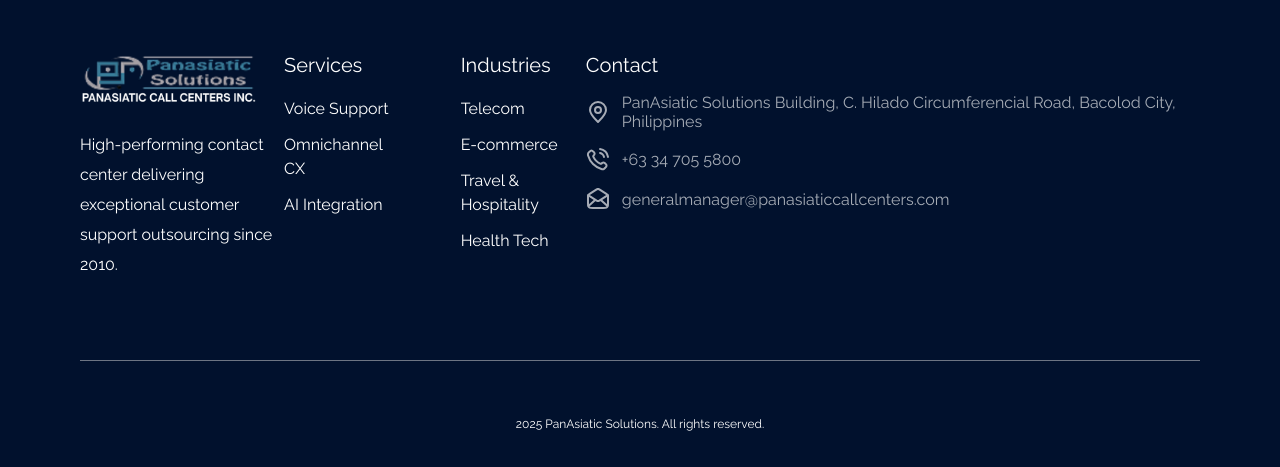
Repository: joshcolored/panasiaticweb
Page: /home
The author's editor kept a copy of each file at every save. The page is drawn from the files as they stood at one save, then again after the next save.
The browser window is 1280 px wide. The pictures show the part of the page from y = 3259 to 3726 px (the page is 3726 px tall).
The project was rebuilt for these pictures with package versions that can differ from the ones it lists, and the page was loaded fresh each time. Also part of the build but not shown: vite.config.js, src/pages/PortalAccess/index.jsx, src/pages/Services/HeroSection.jsx, src/pages/Services/CoreServicesSection.jsx, src/pages/Services/ComplianceSection.jsx, src/pages/Services/FeaturesSection.jsx, src/pages/Services/Faq.jsx, src/pages/Services/CTA.jsx and 30 more.

Above is the page before, as saved 2026-01-21 19:45:08.

### index.html
<!doctype html>
<html lang="en">

<head>
  <meta charset="UTF-8" />
  <link rel="icon" type="image/x-icon" href="/favicon.ico" />
  <link rel="manifest" href="/manifest.json" />
  <meta name="viewport" content="width=device-width, initial-scale=1.0" />
  <meta name="theme-color" content="#49ade8" />
  <meta name="robots" content="index, follow" />
  <!-- <script type="module" async src="https://static.rocket.new/rocket-web.js?_cfg=https%3A%2F%2Fpanasiatic9675back.builtwithrocket.new&_be=https%3A%2F%2Fapplication.rocket.new&_v=0.1.10"></script>
  <script type="module" defer src="https://static.rocket.new/rocket-shot.js?v=0.0.1"></script> -->
  <script>(function(w,d,s,l,i){w[l]=w[l]||[];w[l].push({'gtm.start':
new Date().getTime(),event:'gtm.js'});var f=d.getElementsByTagName(s)[0],
j=d.createElement(s),dl=l!='dataLayer'?'&l='+l:'';j.async=true;j.src=
'https://www.googletagmanager.com/gtm.js?id='+i+dl;f.parentNode.insertBefore(j,f);
})(window,document,'script','dataLayer','GTM-T6T8J9KC');</script>

  </head>

<body>
  <div id="root"></div>
  <noscript><iframe src="https://www.googletagmanager.com/ns.html?id=GTM-T6T8J9KC"
height="0" width="0" style="display:none;visibility:hidden"></iframe></noscript>
  <script type="module" src="/src/main.jsx"></script>
</body>

</html>

### src/main.jsx
import React from 'react';
import ReactDOM from 'react-dom/client';
import App from './App.jsx';
import { HelmetProvider } from 'react-helmet-async';
import { BrowserRouter } from 'react-router-dom';
import './styles/index.css';

ReactDOM.createRoot(document.getElementById('root')).render(
  <React.StrictMode>
    <HelmetProvider>
      <BrowserRouter>
        <App />
      </BrowserRouter>
    </HelmetProvider>
  </React.StrictMode>
);

### src/App.jsx
import Routes from './Routes';

function App() {
  return (
        <Routes />
  );
}

export default App;

### src/styles/index.css
@import './tailwind.css';
@import url('https://fonts.googleapis.com/css2?family=Raleway:wght@400;500;600;800&display=swap');

body {
  font-family: 'Raleway', sans-serif;
  margin: 0;
  padding: 0;
  box-sizing: border-box;
}

*, *::before, *::after {
  box-sizing: inherit;
}

### src/Routes.jsx
import React from 'react';
import { Routes, Route } from 'react-router-dom';

import Homepage from './pages/Homepage';
import PortalAccess from './pages/PortalAccess';
import Services from './pages/Services';
import WhyUs from './pages/WhyUs';
import Industries from './pages/Industries';
import About from './pages/About';
import Partnerships from './pages/Partnerships';
import Blog from './pages/Blog';
import Contact from './pages/Contact';

const AppRoutes = () => {
  return (
    <Routes>
      <Route path="/" element={<PortalAccess />} />
      <Route path="/home" element={<Homepage />} />
      <Route path="/portal" element={<PortalAccess />} />
      <Route path="/services" element={<Services />} />
      <Route path="/why-us" element={<WhyUs />} />
      <Route path="/industries" element={<Industries />} />
      <Route path="/partnerships" element={<Partnerships />} />
      <Route path="/about" element={<About />} />
      <Route path="/blog" element={<Blog />} />
      <Route path="/contact" element={<Contact />} />
    </Routes>
  );
};

export default AppRoutes;

### src/styles/tailwind.css
@tailwind base;
@tailwind components;
@tailwind utilities;


@layer base {
  :root {
    /* Primary Colors */
    --primary-background: #49ade8;
    --primary-foreground: #ffffff;
    --primary-light: #49ade814;
    --primary-dark: #01112d;

    /* Secondary Colors */
    --secondary-background: #ffffff;
    --secondary-foreground: #000000;
    --secondary-light: #fafafa;
    --secondary-muted: #3c3c43d8;

    /* Accent Colors */
    --accent-coral: #e38c7d;
    --accent-coral-light: #edb4ab;
    --accent-overlay: #eeeeeebf;
    --accent-gray: #4f4f4f;

    /* Border Colors */
    --border-primary: #49ade8;
    --border-secondary: #dddddd;
    --border-light: #ebebeb;
    --border-muted: #d9d9d97f;

    /* Text Colors */
    --text-primary: #000000;
    --text-secondary: #3c3c43d8;
    --text-accent: #49ade8;
    --text-muted: #4f4f4f;
    --text-white: #ffffff;
    --text-white-muted: #ffffffa5;

    /* Background Colors */
    --bg-main: #fafafa;
    --bg-card: #ffffff;
    --bg-dark: #01112d;
    --bg-overlay: #e5e5e559;

    /* Typography Variables */
    --font-size-xs: 12px;
    --font-size-sm: 16px;
    --font-size-md: 18px;
    --font-size-lg: 20px;
    --font-size-xl: 24px;
    --font-size-2xl: 28px;
    --font-size-3xl: 32px;
    --font-size-4xl: 36px;
    --font-size-5xl: 48px;
    --font-size-hero: 120px;

    /* Font Weight Variables */
    --font-weight-normal: 400;
    --font-weight-medium: 500;
    --font-weight-semibold: 600;
    --font-weight-bold: 800;

    /* Line Height Variables */
    --line-height-xs: 14px;
    --line-height-sm: 19px;
    --line-height-md: 22px;
    --line-height-lg: 29px;
    --line-height-xl: 43px;
    --line-height-hero: 141px;

    /* Spacing Variables */
    --spacing-xs: 4px;
    --spacing-sm: 8px;
    --spacing-md: 12px;
    --spacing-lg: 16px;
    --spacing-xl: 24px;
    --spacing-2xl: 32px;
    --spacing-3xl: 48px;
    --spacing-4xl: 64px;
    --spacing-5xl: 80px;

    /* Border Radius Variables */
    --radius-sm: 8px;
    --radius-md: 12px;
    --radius-lg: 22px;
    --radius-xl: 24px;
    --radius-full: 200px;

    /* Component Specific Variables */
    --header-bg: #ffffff;
    --header-border: #ebebeb;
    --footer-bg: #01112d;
    --button-primary-bg: #49ade8;
    --button-coral-bg: #e38c7d;
    --logo-width: 156px;
  }
}

### src/pages/Homepage/index.jsx
import React from 'react';
import { Helmet } from 'react-helmet-async';
import Header from '../../components/common/Header';
import Footer from '../../components/common/Footer';
import HeroSection from './HeroSection';
import FastFactsSection from './FastFactsSection';
import CoreServicesSection from './CoreServicesSection';
import WhyChooseUsSection from './WhyChooseUsSection';
import FAQSection from './FAQSection';
import CTASection from './CTASection';

const Homepage = () => {
  return (
    <>
      <Helmet>
        <title>PanAsiatic Solutions | Human-Driven AI-Ready Customer Support Outsourcing Philippines</title>
        <meta name="description" content="PanAsiatic Solutions delivers exceptional customer support outsourcing from the Philippines with 4500+ agents. Human-driven, AI-ready services including voice support, omnichannel CX, and enterprise-grade security since 2010." />
        <meta property="og:title" content="PanAsiatic Solutions | Human-Driven AI-Ready Customer Support Outsourcing Philippines" />
        <meta property="og:description" content="PanAsiatic Solutions delivers exceptional customer support outsourcing from the Philippines with 4500+ agents. Human-driven, AI-ready services including voice support, omnichannel CX, and enterprise-grade security since 2010." />
      </Helmet>

      <main className="w-full bg-secondary-background">
        <Header />
        <HeroSection />
        <FastFactsSection />
        <CoreServicesSection />
        <WhyChooseUsSection />
        <FAQSection />
        <CTASection />
        <Footer />
      </main>
    </>
  );
};

export default Homepage;

### src/components/common/Footer.jsx
import React from "react";
import { twMerge } from "tailwind-merge";
import Logo from "../ui/Logo";
import Link from "../ui/Link";

const Footer = ({ className, ...props }) => {
  return (
    <footer
      className={twMerge("w-full bg-footer-background py-9", className)}
      {...props}
    >
      <div className="w-full max-w-[1440px] mx-auto px-4 sm:px-6 lg:px-20 mt-[18px]">
        <div className="flex flex-col w-full gap-8">
          {/* Top Section */}
          <div className="flex flex-col lg:flex-row justify-between items-start w-full gap-8 lg:gap-0">
            {/* Logo and Description */}
            <div className="flex flex-col gap- lg:gap-[26px] w-full lg:w-1/5">
              <Link to="/">
                <Logo
                  src="/images/image_logo2.png"
                  width="120"
                  height="50"
                  className="w-36 sm:w-40 lg:w-44 h-auto" // slightly larger on mobile/tablet
                />
              </Link>
              <p
                className="text-base font-normal leading-[30px] text-text-white w-full"
                style={{ fontFamily: "Raleway" }}
              >
                High-performing contact center delivering exceptional customer
                support outsourcing since 2010.
              </p>
            </div>

            {/* Services and Industries */}
            <div className="flex flex-col sm:flex-row justify-between items-start w-full lg:w-auto gap-8 sm:gap-12 lg:gap-[67px] mt-4 sm:mt-0">
              {/* Services */}
              <div className="flex flex-col gap-3 sm:gap-5 w-full sm:w-auto">
                <h3
                  className="text-lg font-normal leading-[23px] text-text-white"
                  style={{ fontFamily: "Raleway" }}
                >
                  Services
                </h3>
                <ul className="flex flex-col gap-2 sm:gap-3">
                  <li>
                    <Link
                      href="#"
                      className="text-base font-normal leading-sm text-text-white hover:text-primary-background"
                      style={{ fontFamily: "Raleway" }}
                    >
                      Voice Support
                    </Link>
                  </li>
                  <li>
                    <Link
                      href="#"
                      className="text-base font-normal leading-sm text-text-white hover:text-primary-background"
                      style={{ fontFamily: "Raleway" }}
                    >
                      Omnichannel CX
                    </Link>
                  </li>
                  <li>
                    <Link
                      href="#"
                      className="text-base font-normal leading-sm text-text-white hover:text-primary-background"
                      style={{ fontFamily: "Raleway" }}
                    >
                      AI Integration
                    </Link>
                  </li>
                </ul>
              </div>

              {/* Industries */}
              <div className="flex flex-col gap-3 sm:gap-5 w-full sm:w-auto mt-4 sm:mt-0">
                <h3
                  className="text-lg font-normal leading-[23px] text-text-white"
                  style={{ fontFamily: "Raleway" }}
                >
                  Industries
                </h3>
                <ul className="flex flex-col gap-2 sm:gap-3">
                  <li>
                    <Link
                      href="#"
                      className="text-base font-normal leading-sm text-text-white hover:text-primary-background"
                      style={{ fontFamily: "Raleway" }}
                    >
                      Telecom
                    </Link>
                  </li>
                  <li>
                    <Link
                      href="#"
                      className="text-base font-normal leading-sm text-text-white hover:text-primary-background"
                      style={{ fontFamily: "Raleway" }}
                    >
                      E-commerce
                    </Link>
                  </li>
                  <li>
                    <Link
                      href="#"
                      className="text-base font-normal leading-sm text-text-white hover:text-primary-background"
                      style={{ fontFamily: "Raleway" }}
                    >
                      Travel & Hospitality
                    </Link>
                  </li>
                  <li>
                    <Link
                      href="#"
                      className="text-base font-normal leading-sm text-text-white hover:text-primary-background"
                      style={{ fontFamily: "Raleway" }}
                    >
                      Health Tech
                    </Link>
                  </li>
                </ul>
              </div>
            </div>

            {/* Contact Section */}
            <div className="flex flex-col gap-4 w-full lg:w-auto mt-4 lg:mt-0">
              <h3
                className="text-lg font-normal leading-[23px] text-text-white"
                style={{ fontFamily: "Raleway" }}
              >
                Contact
              </h3>

              <div className="flex flex-col sm:flex-row gap-2 sm:gap-3 items-start sm:items-center">
                <img
                  src="/images/img_marker_pin_01.svg"
                  alt="Location"
                  className="w-6 h-6 flex-shrink-0"
                />
                <a  href="https://www.google.com/maps/place/MX68%2BJJR+Panasiatic+Call+Centers,+74+Circumferential+Rd,+Bacolod,+6100+Negros+Occidental/@10.6614793,122.964176,753m/data=!3m2!1e3!4b1!4m6!3m5!1s0x33aed1957cc8f987:0xa788a04ac8c8ece4!8m2!3d10.6614793!4d122.9667509!16s%2Fg%2F1vbnly72?entry=ttu&g_ep=EgoyMDI2MDExOS4wIKXMDSoASAFQAw%3D%3D"
                  className="text-base font-normal leading-sm text-text-white-muted"
                  target="_blank"
                  rel="noopener noreferrer"
                  style={{ fontFamily: "Raleway" }}
                >
                  PanAsiatic Solutions Building, C. Hilado Circumferencial Road,
                  Bacolod City, Philippines
                </a>
              </div>

              <div className="flex flex-col sm:flex-row gap-2 sm:gap-3 items-start sm:items-center">
                <img
                  src="/images/img_phone_call_01.svg"
                  alt="Phone"
                  className="w-6 h-6 flex-shrink-0"
                />
                <a href="tel:+63347055800"
                  className="text-base font-normal leading-sm text-text-white-muted"
                  style={{ fontFamily: "Raleway" }}
                >
                  +63 34 705 5800
                </a>
              </div>

              <div className="flex flex-col sm:flex-row gap-2 sm:gap-3 items-start sm:items-center">
                <img
                  src="/images/img_mail_05.svg"
                  alt="Email"
                  className="w-6 h-6 flex-shrink-0"
                />
                <a href="mailto:yourname@gmail.com?subject=Inquiry&body=Hello"
                  className="text-base font-normal leading-sm text-text-white-muted"
                  style={{ fontFamily: "Raleway" }}
                >
                  generalmanager@panasiaticcallcenters.com
                </a>
              </div>
            </div>
          </div>

          {/* Divider */}
          <div className="w-full h-[1px] bg-border-muted mt-8 sm:mt-12"></div>

          {/* Copyright */}
          <p
            className="text-xs font-normal leading-xs text-center text-text-white mt-4 sm:mt-6"
            style={{ fontFamily: "Raleway" }}
          >
            2025 PanAsiatic Solutions. All rights reserved.
          </p>
        </div>
      </div>
    </footer>
  );
};

export default Footer;

### src/pages/Homepage/FastFactsSection.jsx
import React from "react";

const FastFactsSection = () => {
  const facts = [
    {
      icon: "/images/img_group_9.svg",
      title: "Client Obsessed, \n4500 agents",
      width: "136px",
      height: "120px",
    },
    {
      icon: "/images/img_group_7.svg",
      title: "2 State-of-the-Art Facilities",
      width: "150px",
      height: "120px",
    },
    {
      icon: "/images/img_group_5.svg",
      title: "Partner to a Fortune 500 company since 2010",
      width: "156px",
      height: "120px",
    },
    {
      icon: "/images/img_group_10.svg",
      title: "ISO 27001, PCI-DSS 4.0, SOC 2 certified",
      width: "148px",
      height: "120px",
    },
  ];

  return (
    <section className="w-full bg-secondary-background py-10 sm:py-12 lg:py-16">
      <div className="w-full max-w-[1440px] mx-auto px-4 sm:px-6 lg:px-20">
        <div className="flex flex-col justify-start items-center w-full">
          <div className="flex flex-col gap-8 sm:gap-10 lg:gap-11 justify-start items-center w-full">
            <h2
              className="text-2xl sm:text-3xl lg:text-4xl font-semibold leading-xl text-center text-text-primary mt-2 sm:mt-4"
              style={{ fontFamily: "Raleway" }}
            >
              Fast Facts
            </h2>

            <div className="grid grid-cols-1 sm:grid-cols-2 lg:grid-cols-4 gap-8 sm:gap-12 lg:gap-[134px] w-full">
              {facts?.map((fact, index) => (
                <div
                  key={index}
                  className="flex flex-col gap-4 sm:gap-5 lg:gap-6 justify-start items-center"
                >
                  <div className="flex justify-center items-center">
                    <img
                      src={fact?.icon}
                      alt={`Fact ${index + 1}`}
                      className={`w-[${fact?.width}] h-[${fact?.height}] object-contain`}
                    />
                  </div>
                  <p
                    className="text-lg sm:text-xl lg:text-xl font-normal leading-[30px] text-center text-text-primary whitespace-pre-line"
                    style={{ fontFamily: "Raleway" }}
                  >
                    {fact?.title}
                  </p>
                </div>
              ))}
            </div>
          </div>
        </div>
      </div>
      <div>
        <hr className="mt-20 mx-8 sm:mx-20 lg:mx-40 border-t border-gray-300" />
      </div>
    </section>
  );
};

export default FastFactsSection;

### src/pages/Homepage/WhyChooseUsSection.jsx
import React from 'react';

const WhyChooseUsSection = () => {
  const reasons = [
    {
      number: "01",
      title: "Exceptional customer experience"
    },
    {
      number: "02",
      title: "Enterprise-grade data security"
    },
    {
      number: "03",
      title: "Artificial intelligence readiness"
    }
  ];

  return (
    <section className="w-full bg-primary-light py-12 sm:py-16 lg:py-[66px]">
      <div className="w-full max-w-[1440px] mx-auto px-4 sm:px-6 lg:px-20">
        <div className="flex flex-col gap-8 sm:gap-10 lg:gap-[50px] justify-center items-center w-full">
          <h2
            className="text-2xl sm:text-3xl lg:text-4xl font-semibold leading-xl text-center text-text-primary mt-2 sm:mt-3"
            style={{ fontFamily: 'Raleway' }}
          >
            Why Clients Choose Us
          </h2>

          <div className="grid grid-cols-1 md:grid-cols-2 lg:grid-cols-3 gap-8 sm:gap-12 lg:gap-[130px] w-full">
            {reasons?.map((reason, index) => (
              <div key={index} className="flex flex-col sm:flex-row justify-start sm:justify-between items-start sm:items-center gap-4 sm:gap-0 w-full max-w-[340px] mx-auto sm:mx-0">
                <span
                  className="text-6xl sm:text-7xl lg:text-hero font-normal leading-hero text-left text-text-primary"
                  style={{ fontFamily: 'Raleway' }}
                >
                  {reason?.number}
                </span>
                <p
                  className="text-xl sm:text-2xl lg:text-3xl font-normal leading-9 text-left text-text-primary w-full sm:w-1/2"
                  style={{ fontFamily: 'Raleway' }}
                >
                  {reason?.title}
                </p>
              </div>
            ))}
          </div>
        </div>
      </div>
    </section>
  );
};

export default WhyChooseUsSection;

### src/pages/Homepage/FAQSection.jsx
import React, { useState } from "react";
import Button from "../../components/ui/Button";

const faqs = [
  {
    question: "Where is PanAsiatic based?",
    answer: "PanAsiatic operates from Bacolod, Philippines, with two state-of-the-art facilities."
  },
  {
   question: "What makes PanAsiatic different form other BPOs?",
   answer: "We combine human empathy with AI-readiness, enterprise-grade security, and 15+ years of proven results for global brands.",
  },
  {
    question: "Who are your clients?",
    answer: "We’ve been a trusted partner to a Fortune 500 company since 2010, serving all 10 of their brands.",
  }
];

const FAQ = () => {
  const [openIndex, setOpenIndex] = useState(0); // First one open by default

  const toggleFAQ = (index) => {
    setOpenIndex(openIndex === index ? null : index);
  };

  return (
    <section className="w-full bg-[#E5E5E559] py-12 sm:py-14 lg:py-16">
      <div className="w-full max-w-[1440px] mx-auto px-4 sm:px-6 lg:px-20">
        <div className="flex flex-col gap-8 sm:gap-10 justify-start items-start w-full">
          <h2
            className="text-2xl sm:text-3xl lg:text-4xl font-semibold leading-xl text-left text-text-primary mt-3 sm:mt-4"
            style={{ fontFamily: "Raleway" }}
          >
            Secure & Compliant Outsourcing
          </h2>

          {/* FAQ List */}
          <div className="space-y-4 w-full">
            {faqs.map((faq, index) => (
              <div
                key={index}
                className="bg-[#ffffff] border border-gray-200 rounded-lg shadow-sm"
              >
                <button
                  className="w-full text-left p-4 flex justify-between items-center focus:outline-none"
                  onClick={() => toggleFAQ(index)}
                  aria-expanded={openIndex === index}
                >
                  <span className="font-bold text-lg">{faq.question}</span>
                  <span className="ml-2 text-black text-2xl">
                    {openIndex === index ? "−" : "+"}
                  </span>
                </button>
                {openIndex === index && (
                  <div className="p-4 border-t text-md border-gray-200 text-gray-900">
                    {faq.answer}
                  </div>
                )}
              </div>
            ))}
          </div>

        </div>
      </div>
    </section>
  );
};

export default FAQ;

### src/components/ui/Logo.jsx
import React from 'react';
import { twMerge } from 'tailwind-merge';

const Logo = ({
  src = "/images/img_header_logo.png",
  width = "90%",
  height = "50px",
  alt = "PanAsiatic Solutions Logo",
  className,
  ...props
}) => {
  return (
    <img
      src={src}
      alt={alt}
      className={twMerge(
        `w-[${width}] h-[${height}]`,
        className
      )}
      {...props}
    />
  );
};

export default Logo;

### src/components/ui/Link.jsx
import React from 'react';
import { twMerge } from 'tailwind-merge';

const Link = ({
  href = "#",
  children,
  className,
  target,
  rel,
  ...props
}) => {
  return (
    <a
      href={href}
      target={target}
      rel={rel}
      className={twMerge(
        "transition-colors duration-200 hover:opacity-80",
        className
      )}
      {...props}
    >
      {children}
    </a>
  );
};

export default Link;

Loaded but not shown: tailwind.config.js (136 lines, source omitted); src/pages/Homepage/CoreServicesSection.jsx (269 lines, source omitted); src/components/common/Header.jsx (207 lines, source omitted); src/components/ui/Button.jsx (213 lines, source omitted); src/pages/Homepage/HeroSection.jsx (132 lines, source omitted); src/pages/Homepage/CTASection.jsx (111 lines, source omitted)

After the next save:
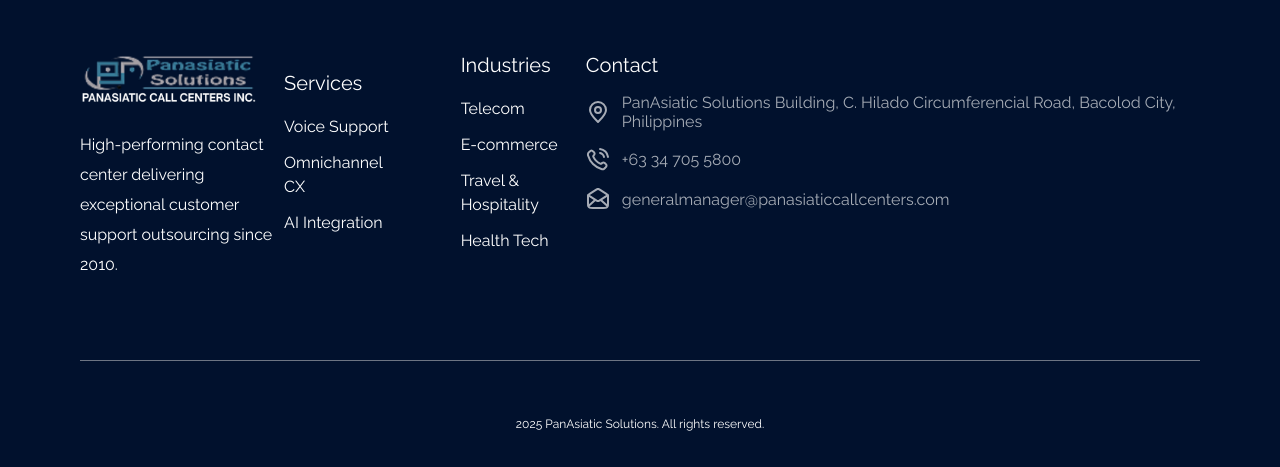
Saved 42 s later.
--- a/src/components/common/Footer.jsx
+++ b/src/components/common/Footer.jsx
@@ -33,7 +33,7 @@
             </div>
 
             {/* Services and Industries */}
-            <div className="flex flex-col sm:flex-row justify-between items-start w-full lg:w-auto gap-8 sm:gap-12 lg:gap-[67px] mt-4 sm:mt-0">
+            <div className="flex flex-col sm:flex-row justify-between items-center w-full lg:w-auto gap-8 sm:gap-12 lg:gap-[67px] mt-4 sm:mt-0">
               {/* Services */}
               <div className="flex flex-col gap-3 sm:gap-5 w-full sm:w-auto">
                 <h3

After the 3 saves that followed:
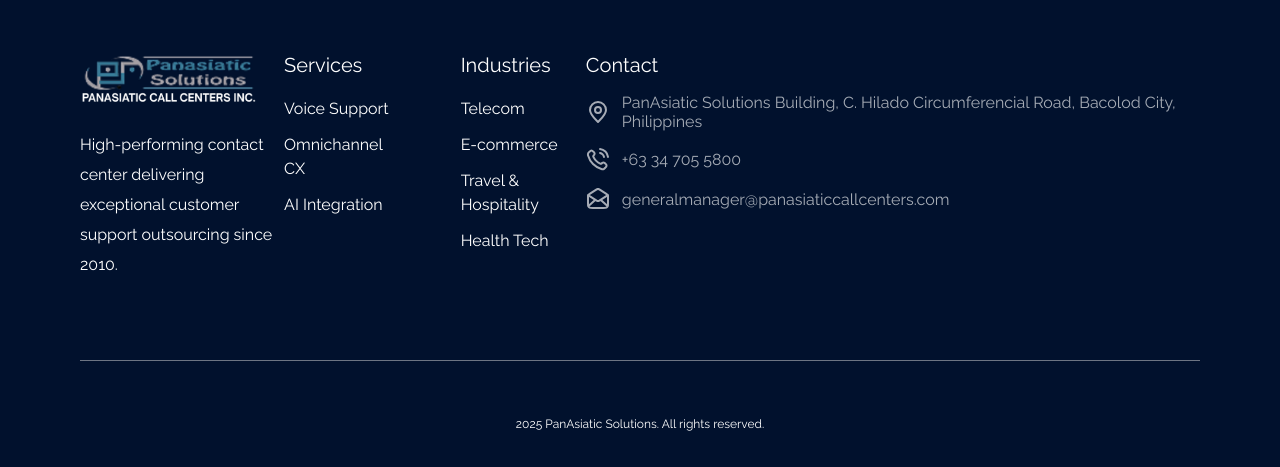
The 3 saves are shown as one change because 2 left the picture as it was.
The last was saved 30 s later.
--- a/src/components/common/Footer.jsx
+++ b/src/components/common/Footer.jsx
@@ -33,7 +33,7 @@
             </div>
 
             {/* Services and Industries */}
-            <div className="flex flex-col sm:flex-row justify-between items-center w-full lg:w-auto gap-8 sm:gap-12 lg:gap-[67px] mt-4 sm:mt-0">
+            <div className="flex flex-col sm:flex-row justify-between items-start w-full lg:w-auto gap-8 sm:gap-12 lg:gap-[67px] mt-4 sm:mt-0">
               {/* Services */}
               <div className="flex flex-col gap-3 sm:gap-5 w-full sm:w-auto">
                 <h3
